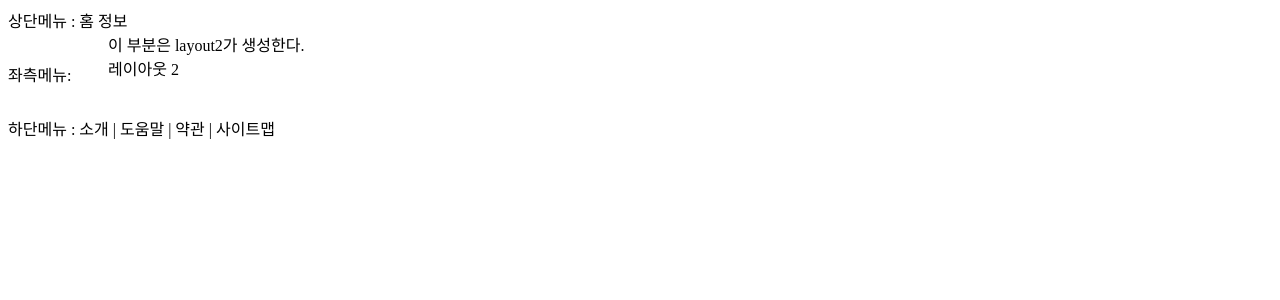
Repository: JJinBBangg/JSP
Page: http://localhost/jsp/ch07/layout2.jsp
An editor plug-in stored every save of this project. The page is shown before and after the next save, followed by the edit.
The browser window is 1280 px wide. The pictures show the whole page.
The page is served by Tomcat 9. Other server files are loaded and not shown.

Above is the page before, as saved 2023-03-29 05:37:47.

### jsp/src/main/webapp/ch07/layout2.jsp
<%@ page language="java" contentType="text/html; charset=UTF-8"
    pageEncoding="UTF-8"%>
<!DOCTYPE html>
<html>
<head>
<meta charset="UTF-8">
<title>layout2</title>
</head>
<body>
	<table width="400" borfer="1" cellpadding="0" cellspacing="0">
		<tr>
			<td colspan="2">
				<jsp:include page="module/top.jsp" flush="false" />
			</td>
		</tr>
		<tr>
			<td width="100 valign="top">
				<jsp:include page="module/left.jsp" flush="false" />
			</td>
		<td width="300" valign="top">
			이 부분은 layout2가 생성한다. <br />
			레이아웃 2
			<br /><br /><br />
		</td>
		</tr>
		<tr>
			<td colspan="2">
				<jsp:include page="module/bottom.jsp" flush="false" />
			</td>
		</tr>
</body>
</html>

### jsp/src/main/webapp/ch07/module/top.jsp
<%@ page language="java" contentType="text/html; charset=UTF-8"
    pageEncoding="UTF-8"%>
상단메뉴 : 홈 정보

### jsp/src/main/webapp/ch07/module/left.jsp
<%@ page language="java" contentType="text/html; charset=UTF-8"
    pageEncoding="UTF-8"%>
좌측메뉴:

### jsp/src/main/webapp/ch07/module/bottom.jsp
<%@ page language="java" contentType="text/html; charset=UTF-8"
    pageEncoding="UTF-8"%>
하단메뉴 : 소개 | 도움말 | 약관 | 사이트맵

After the next save:
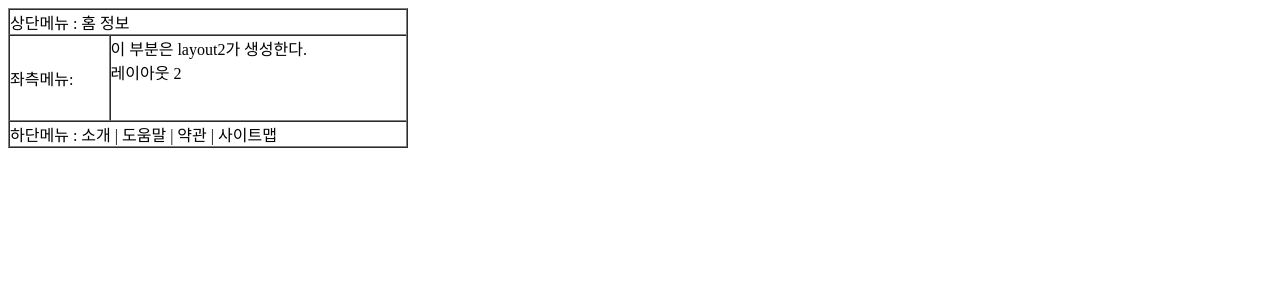
Saved 4 min 30 s later.
--- a/jsp/src/main/webapp/ch07/layout2.jsp
+++ b/jsp/src/main/webapp/ch07/layout2.jsp
@@ -7,7 +7,7 @@
 <title>layout2</title>
 </head>
 <body>
-	<table width="400" borfer="1" cellpadding="0" cellspacing="0">
+	<table width="400" border="1" cellpadding="0" cellspacing="0">
 		<tr>
 			<td colspan="2">
 				<jsp:include page="module/top.jsp" flush="false" />
